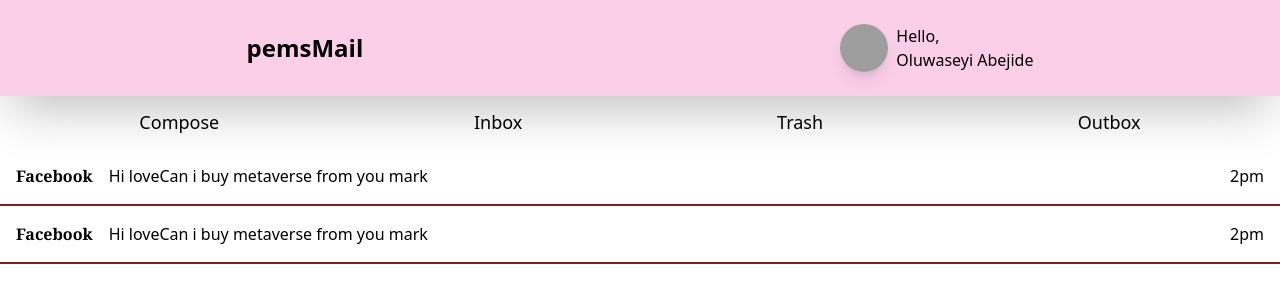
Repository: Semanmernstack/mailclone
Page: /
An editor plug-in stored every save of this project. The page is shown before and after the next save, followed by the edit.
The browser window is 1280 px wide. The pictures show the whole page.
Pictures or frames that could not be fetched are drawn as grey boxes. The project was rebuilt for these pictures with package versions that can differ from the ones it lists, and the page was loaded fresh each time. Also part of the build but not shown: src/features/counter/Counter.module.css, src/features/counter/Counter.js.

Above is the page before, as saved 2023-01-16 02:53:20.

After the next save:
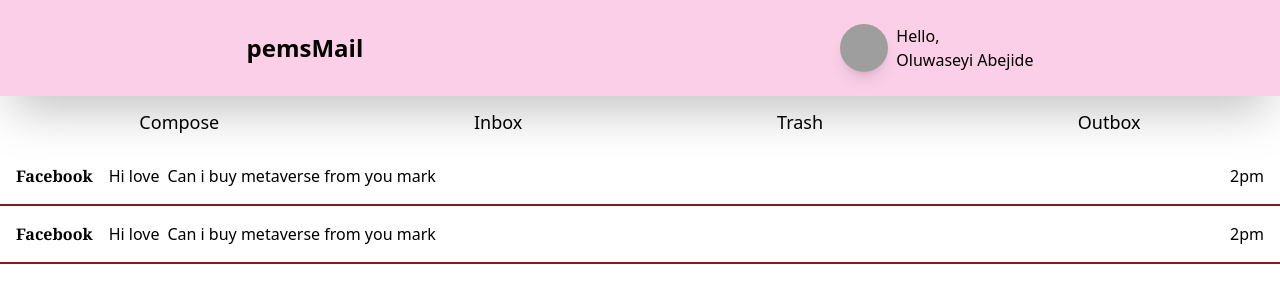
Saved 24 s later.
--- a/src/OpenRow.js
+++ b/src/OpenRow.js
@@ -8,7 +8,7 @@ function OpenRow({ title, subject, description, time }) {
         </div>
         <div className="flex-1">
             <h4>{subject}
-                <span className=""  >{description}</span>
+                <span className="ml-2"  >{description}</span>
             </h4>
         </div>
         <div className="">
